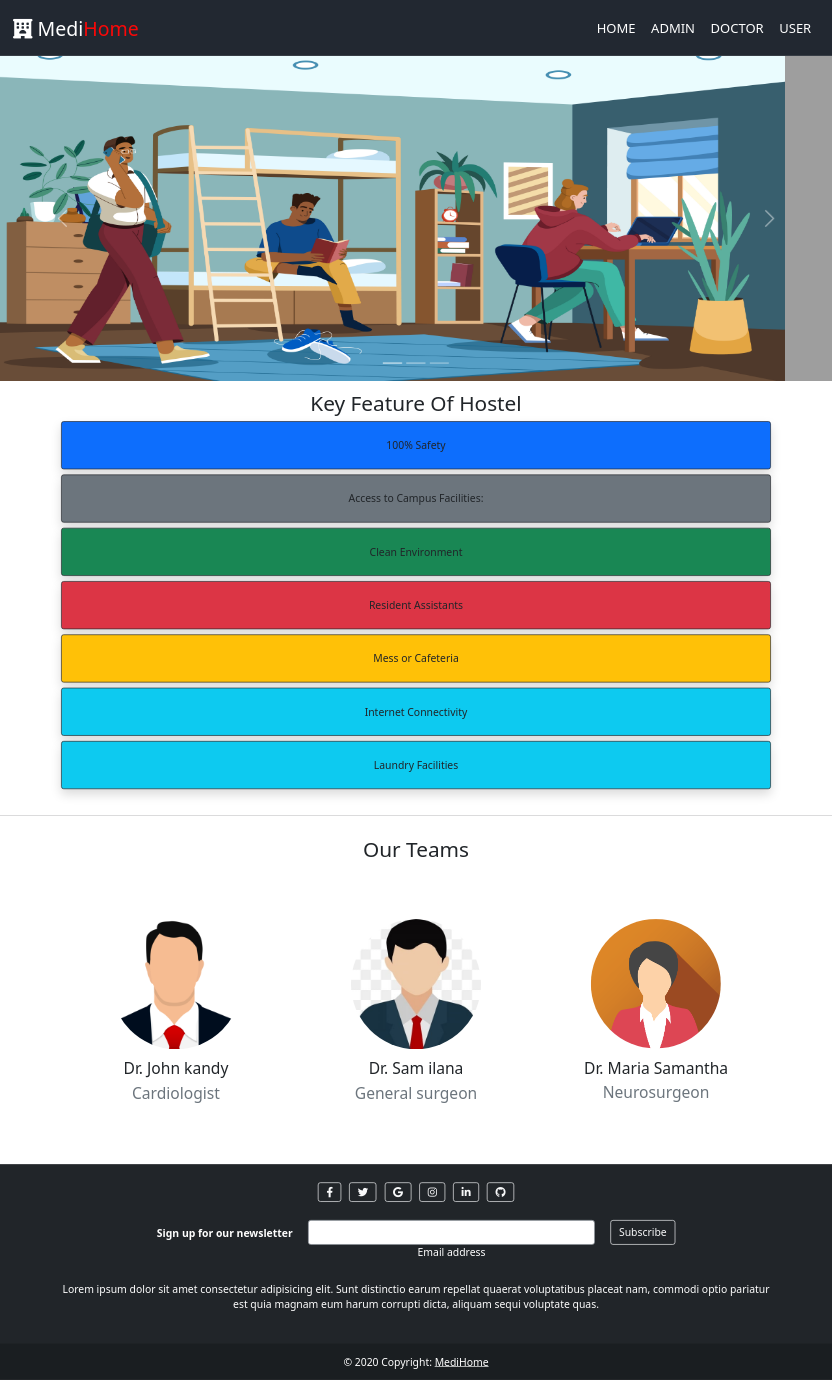
Repository: SparshGarg1/Hostel_Managment_System
Page: http://localhost/Hostel/
An editor plug-in stored every save of this project. The page is shown before and after the next save, followed by the edit.
The browser window is 1280 px wide. The pictures show the whole page, at 65% of full size.
Pictures or frames that could not be fetched are drawn as grey boxes. Some web libraries are served in a nearby version. The page is served by Tomcat 9.

Above is the page before, as saved 2023-06-17 05:12:06.

After the next save:
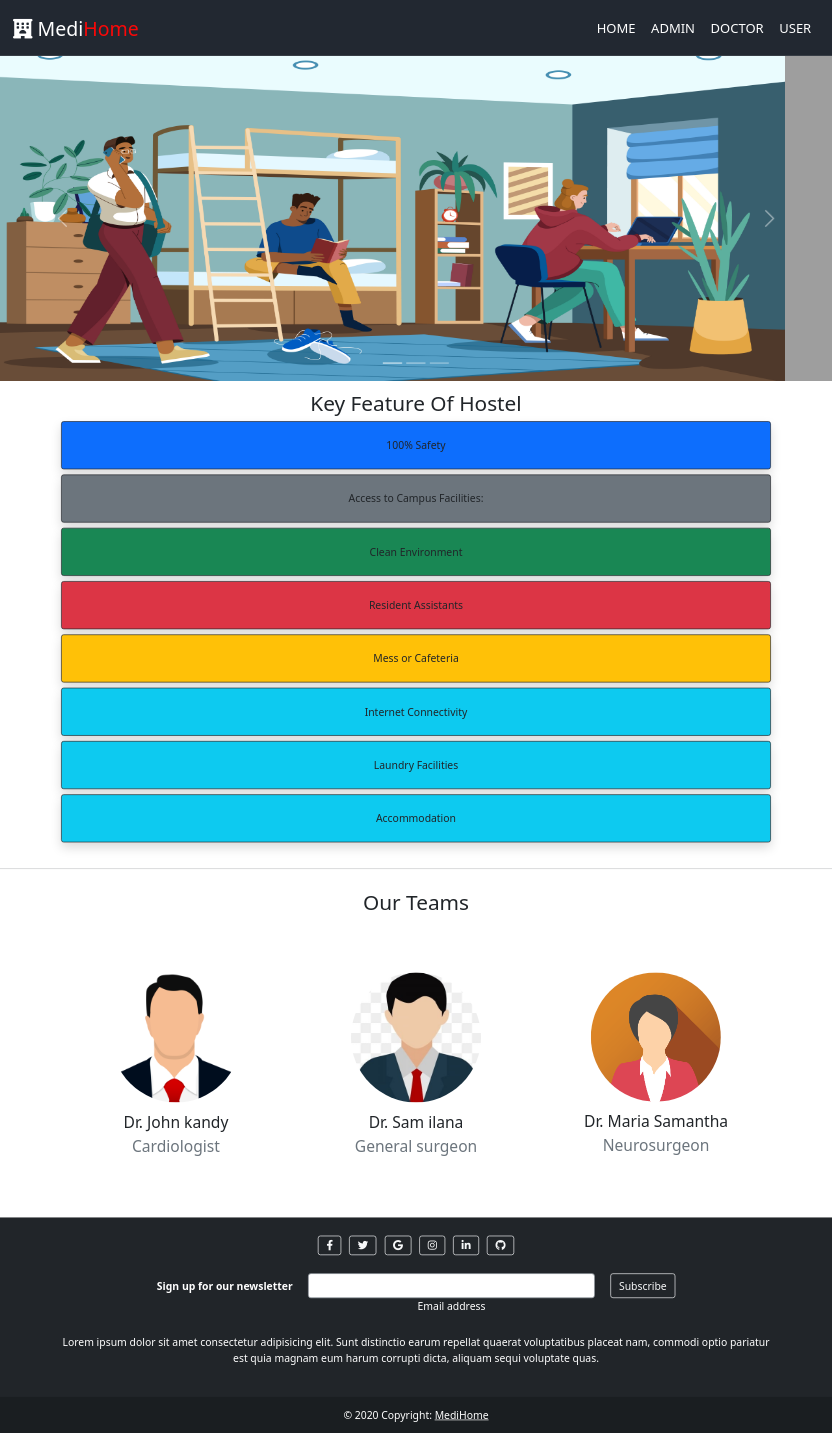
Saved 42 s later.
--- a/Hostel/WebContent/index.jsp
+++ b/Hostel/WebContent/index.jsp
@@ -76,6 +76,11 @@
     <div class="card-body text-center">
       <p class="card-text font-weight-bold">Laundry Facilities</p>
     </div>
+  </div>
+  <div class="card bg-info p-2 m-2 border-dark shadow rounded">
+    <div class="card-body text-center">
+      <p class="card-text font-weight-bold">Accommodation</p>
+    </div>
 
   </div>
 </div>
